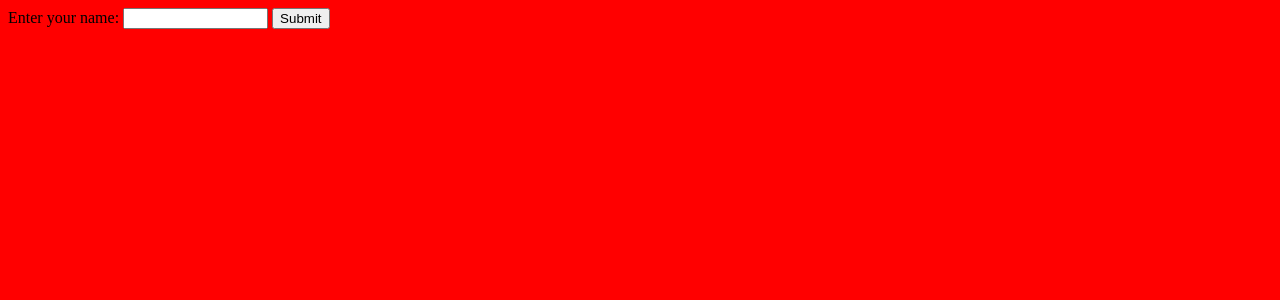
Repository: logambikha/Day10
Page: HelloWorld/WebContent/home.html
An editor plug-in stored every save of this project. The page is shown before and after the next save, followed by the edit.
The browser window is 1280 px wide. The pictures show the whole page.

Above is the page before, as saved 2018-09-05 09:45:11.

After the next save:
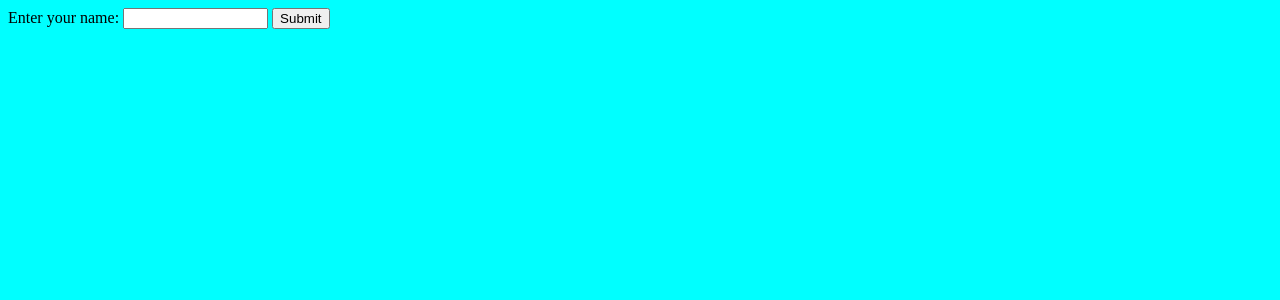
Saved 58 s later.
--- a/HelloWorld/WebContent/home.html
+++ b/HelloWorld/WebContent/home.html
@@ -4,7 +4,7 @@
 <meta charset="ISO-8859-1">
 <title>Home Page</title>
 </head>
-<body bgcolor="red">
+<body bgcolor="cyan">
 <!-- <a href="Hello">Click here</a>-->
 <form action="greet" method="post">
 <label>Enter your name:</label>
